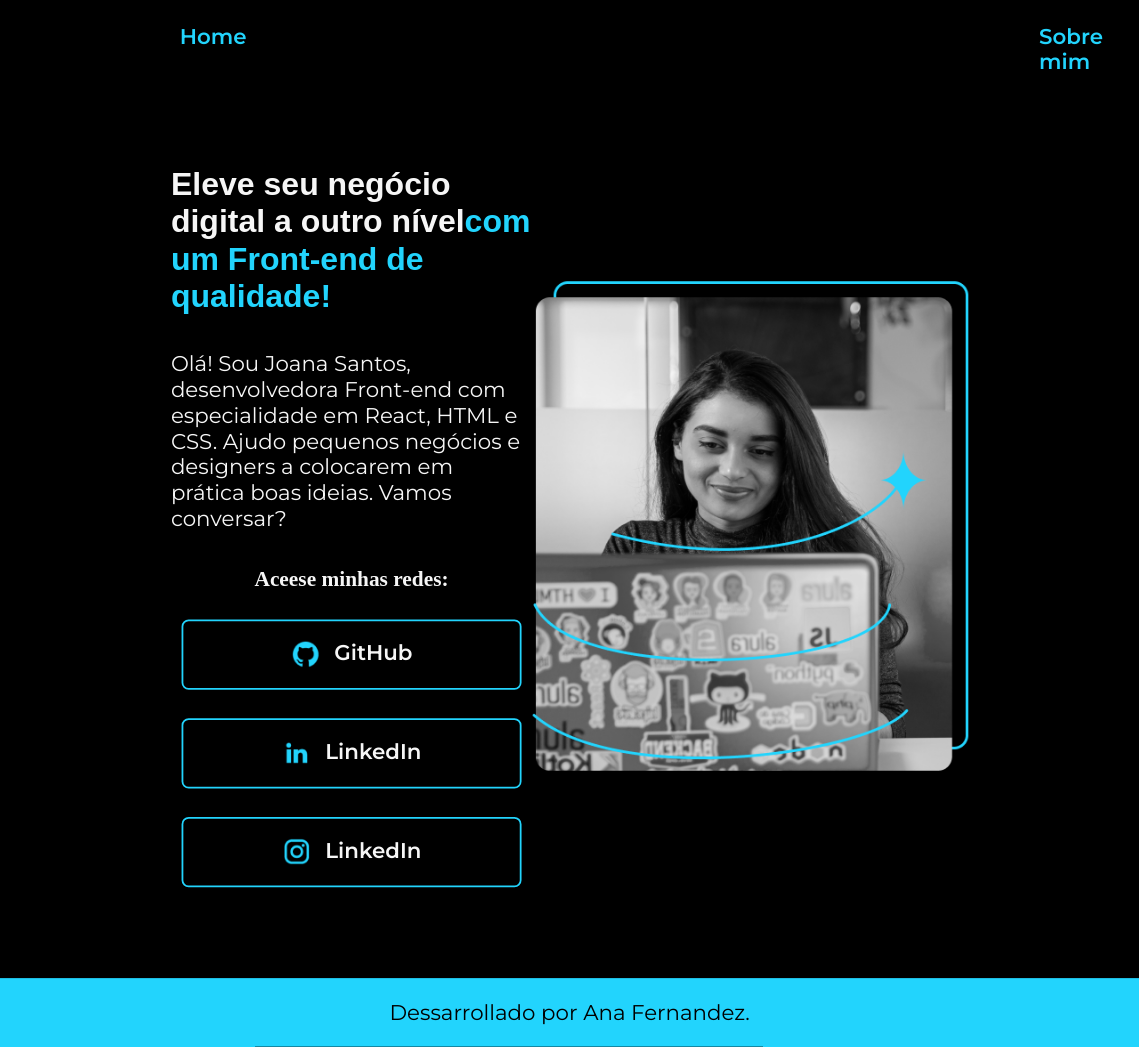
Repository: AnaFzCz/Portifolio-HTML-CSS-dinamico
Page: index.html
An editor plug-in stored every save of this project. The page is shown before and after the next save, followed by the edit.
The browser window is 1280 px wide. The pictures show the whole page, at 89% of full size.
Some web fonts or font styles are not loaded; a fallback is used.

Above is the page before, as saved 2025-02-09 07:24:51.

After the next save:
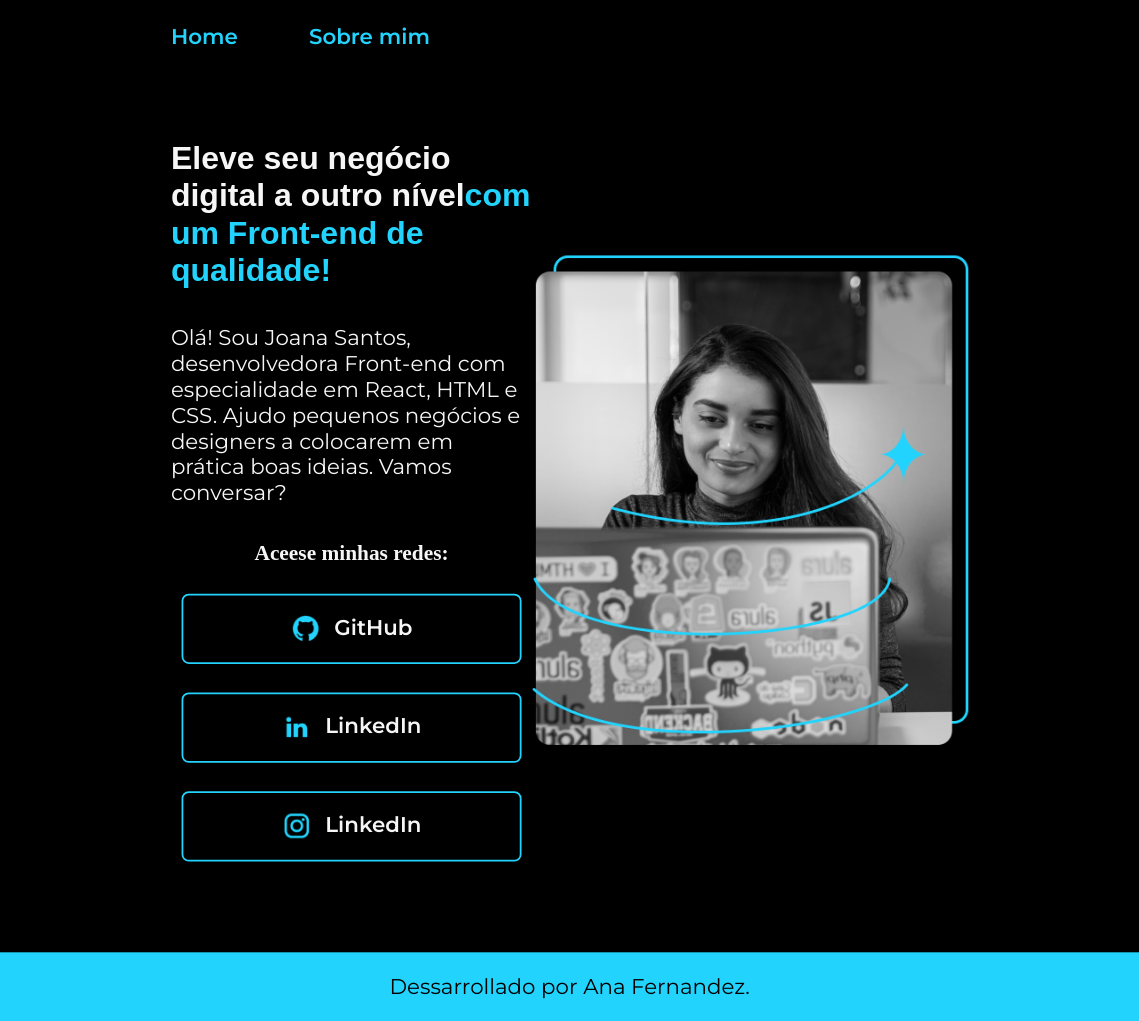
Saved 96 s later.
--- a/style.css
+++ b/style.css
@@ -18,7 +18,13 @@
 
 .cabecalho {
     padding: 2% 0% 0% 15%;
+}
 
+.cabecalho__menu {
+    display: flex;
+    gap: 80px;
+    /* justify-content: center;
+    align-items: center; */
 }
 
 .cabecalho__menu__link {
@@ -27,16 +33,10 @@
     color: #22D4FD;
     font-weight: 600;
 
-    margin: 0 10px;
-   text-decoration: none;
+
 }
 
-.cabecalho__menu {
-    display: flex;
-    gap: 80%;
-    /* justify-content: center;
-    align-items: center; */
-}
+
 
 /* .cabecalho__menu__link:hover {
     color: #007bff;
